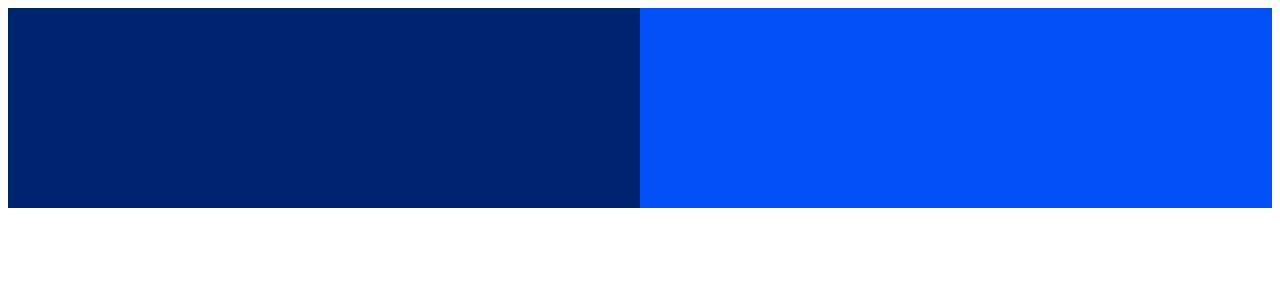
Repository: 16-Doffy/howtouse-htmlcss
Page: linenear_gradiant/index.html
An editor plug-in stored every save of this project. The page is shown before and after the next save, followed by the edit.
The browser window is 1280 px wide. The pictures show the whole page.

Above is the page before, as saved 2024-12-16 22:13:06.

### linenear_gradiant/index.html
<!DOCTYPE html>
<html lang="en">
<head>
    <meta charset="UTF-8">
    <meta name="viewport" content="width=device-width, initial-scale=1.0">
   <link rel="stylesheet" href="app.css">
    <title>linenear_gradiant</title>
</head>
<body>
    <div class="boxed">

    </div>
</body>
</html>

### linenear_gradiant/app.css
.boxed{
  height: 200px;
  background-image: linear-gradient(to right,#002470 50%,#0451f7 30%);
}

After the next save:
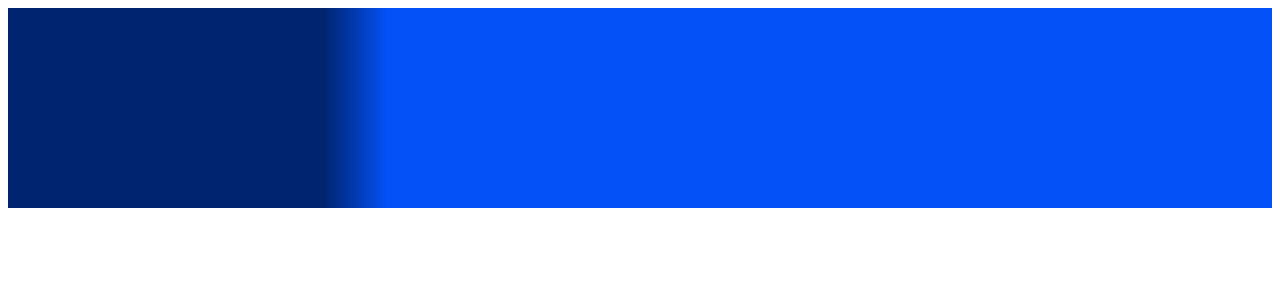
Saved 7 s later.
--- a/linenear_gradiant/app.css
+++ b/linenear_gradiant/app.css
@@ -1,4 +1,4 @@
 .boxed{
   height: 200px;
-  background-image: linear-gradient(to right,#002470 50%,#0451f7 30%);
+  background-image: linear-gradient(to right,#002470 25%,#0451f7 30%);
 }
